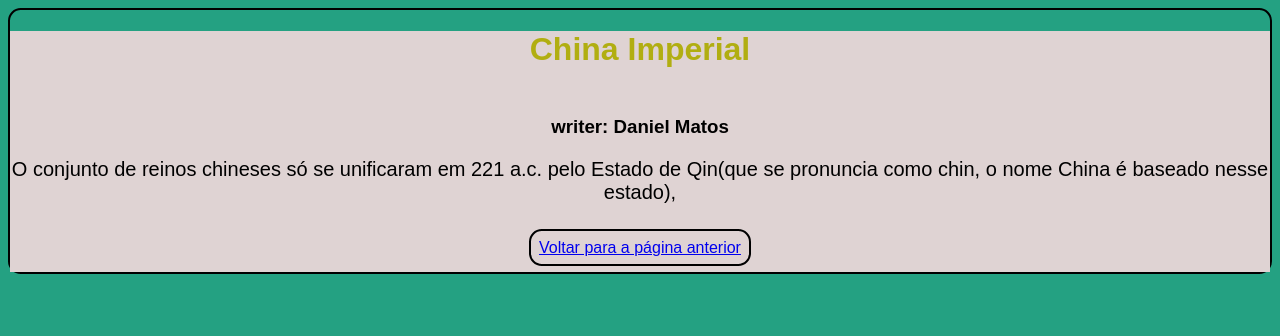
Repository: batmit/FutureFundation.github.io-1
Page: menu/articles/history/ancient/china/china.html
The author's editor kept a copy of each file at every save. The page is drawn from the files as they stood at one save, then again after the next save.
The browser window is 1280 px wide. The pictures show the whole page.

Above is the page before, as saved 2021-09-26 13:23:58.

After the next save:
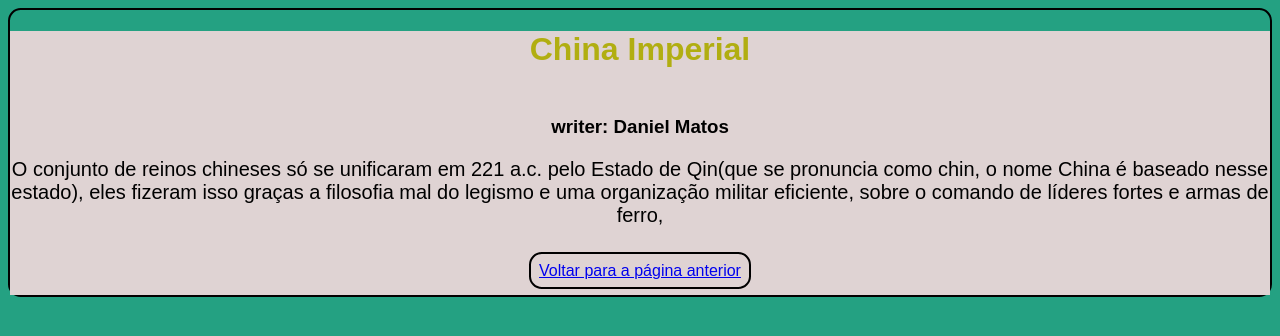
Saved 63 s later.
--- a/menu/articles/history/ancient/china/china.html
+++ b/menu/articles/history/ancient/china/china.html
@@ -14,7 +14,7 @@
             <h3>writer: Daniel Matos</h3>
         </header>
 
-        <p>O conjunto de reinos chineses só se unificaram em 221 a.c. pelo Estado de Qin(que se pronuncia como chin, o nome China é baseado nesse estado), </p>
+        <p>O conjunto de reinos chineses só se unificaram em 221 a.c. pelo Estado de Qin(que se pronuncia como chin, o nome China é baseado nesse estado), eles fizeram isso graças a filosofia mal do legismo e uma organização militar eficiente, sobre o comando de líderes fortes e armas de ferro, </p>
 
 
 
